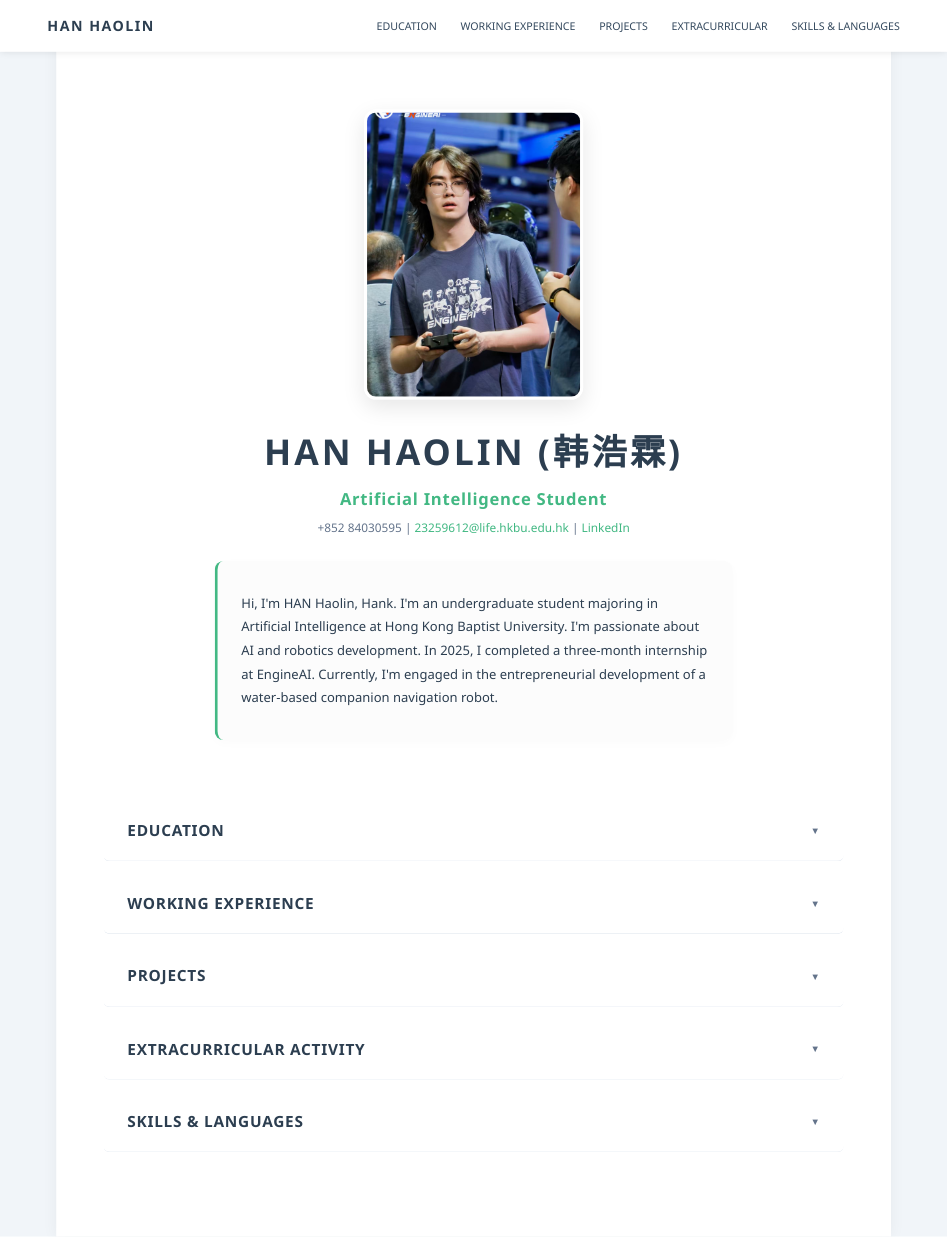
Repository: hhl2802149944-afk/hhl2802149944-afk.github.io
Page: /
These files come from the project's save history. The page is drawn as it stood at one moment and after a run of saves; the edit follows.
The browser window is 1280 px wide. The pictures show the whole page, at 74% of full size.
The project was rebuilt for these pictures with package versions that can differ from the ones it lists, and the page was loaded fresh each time. Also part of the build but not shown: vite.config.js, src/components/ProjectCard.vue.

Above is the page before, as saved 2026-01-19 15:50:04.

After the next 2 saves:
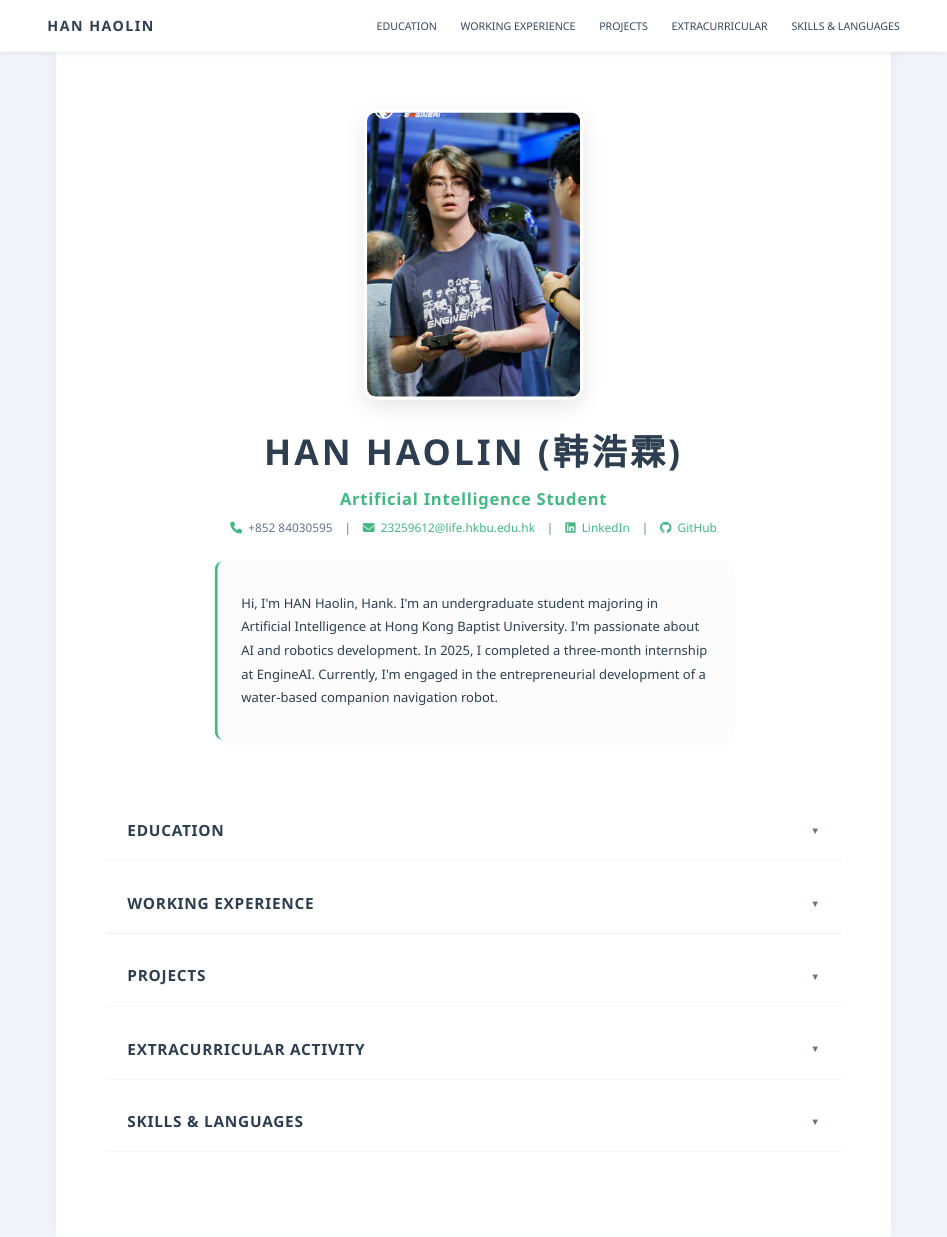
The 2 saves are shown as one change because they came seconds apart.
The last was saved 7 s later.
--- a/src/components/ResumeHeader.vue
+++ b/src/components/ResumeHeader.vue
@@ -19,9 +19,10 @@ const imageUrl = '/assets/HAN Haolin.jpg'
         <h1>{{ name }}</h1>
         <p class="subtitle">{{ title }}</p>
         <div class="contact-info">
-          <span>{{ contact.phone }}</span> |
-          <a :href="'mailto:' + contact.email">{{ contact.email }}</a> |
-          <a :href="contact.linkedin" target="_blank">LinkedIn</a>
+          <span><i class="fas fa-phone"></i> {{ contact.phone }}</span> |
+          <a :href="'mailto:' + contact.email"><i class="fas fa-envelope"></i> {{ contact.email }}</a> |
+          <a :href="contact.linkedin" target="_blank"><i class="fab fa-linkedin"></i> LinkedIn</a> |
+          <a :href="contact.github" target="_blank"><i class="fab fa-github"></i> GitHub</a>
         </div>
         <div class="about-me">
           <p>{{ summary }}</p>
@@ -69,6 +70,16 @@ h1 {
   font-size: 1rem;
   color: var(--light-text);
   margin-bottom: 2rem;
+  display: flex;
+  justify-content: center;
+  align-items: center;
+  gap: 1rem;
+  flex-wrap: wrap;
+}
+
+.contact-info i {
+  color: var(--accent-color);
+  margin-right: 4px;
 }
 
 .about-me {
